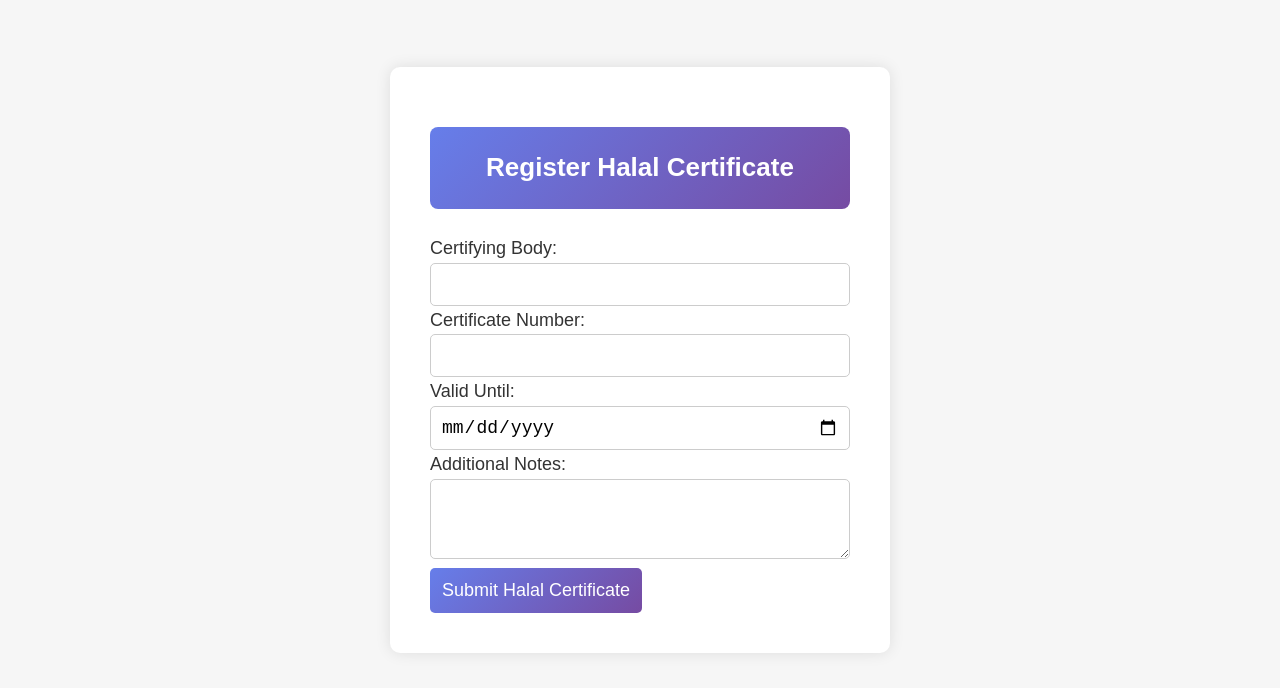
Repository: HarrishPanicker1/Blockchain_Group_AI_Assignment
Page: frontend/adding_halal_certification.html
The author's editor kept a copy of each file at every save. The page is drawn from the files as they stood at one save, then again after the next save.
The browser window is 1280 px wide. The pictures show the whole page.

Above is the page before, as saved 2025-06-15 23:37:09.

After the next save:
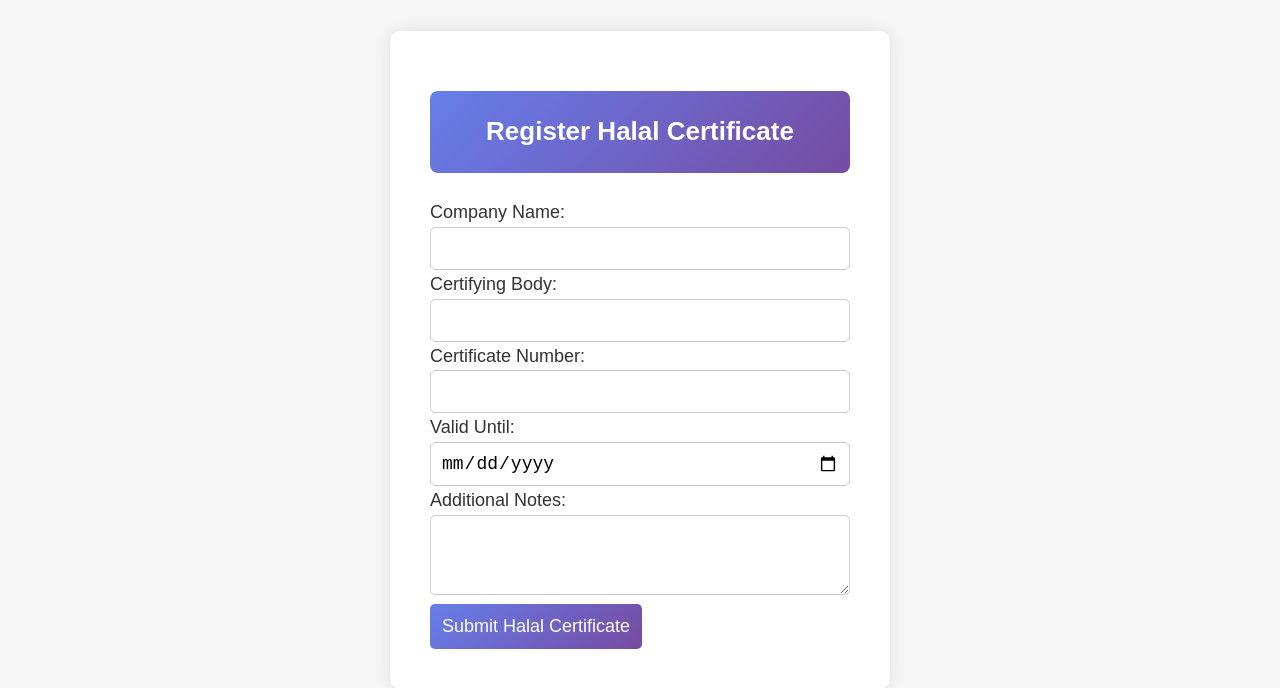
Saved 4 s later.
--- a/frontend/adding_halal_certification.html
+++ b/frontend/adding_halal_certification.html
@@ -13,7 +13,8 @@
     <h2>Register Halal Certificate</h2>
 
     <form id="halalForm"></form>
-
+      <label for="company">Company Name:</label>
+<input type="text" id="company" name="company" required />
 
       <label for="certBody">Certifying Body:</label>
       <input type="text" id="certBody" required />
